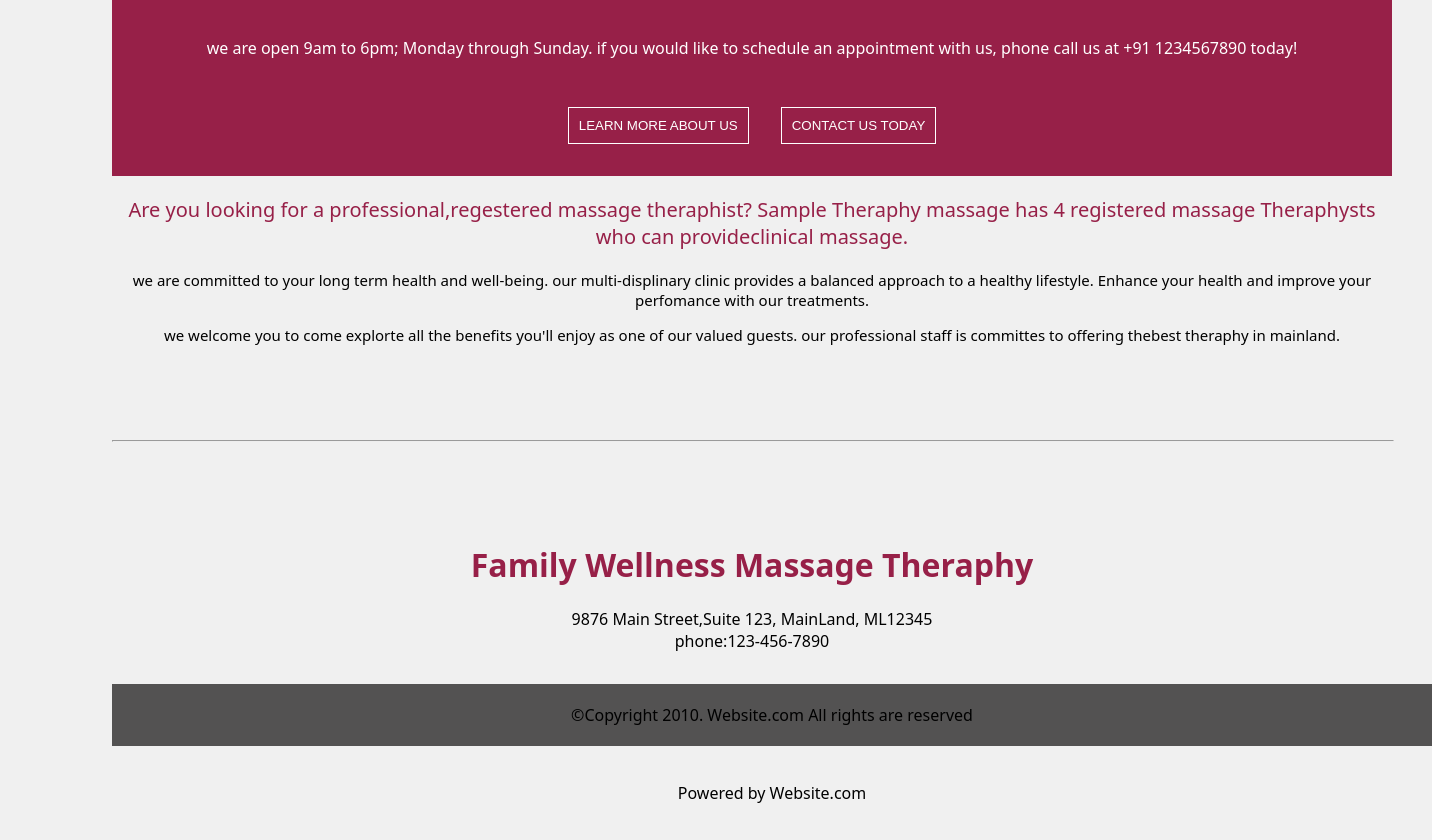
Repository: sriram1224/reactas1.github.io
Page: /
The author's editor kept a copy of each file at every save. The page is drawn from the files as they stood at one save, then again after the next save.
The browser window is 1280 px wide. The page is 1432 px wide, so the pictures cover 1432 px, including what lies to the right of the window. The pictures show the part of the page from y = 977 to 1817 px (the page is 1817 px tall).
Some web fonts or font styles are not loaded; a fallback is used. The project was rebuilt for these pictures with package versions that can differ from the ones it lists, and the page was loaded fresh each time.

Above is the page before, as saved 2024-03-05 21:28:34.

### public/index.html
<!DOCTYPE html>
<html lang="en">
  <head>
    <meta charset="utf-8" />

    <meta name="viewport" content="width=device-width, initial-scale=1" />
    <meta name="theme-color" content="#000000" />
    <meta
      name="description"
      content="Web site created using create-react-app"
    />
    <link rel="stylesheet" href="./style.css">

    <title>React App</title>
  </head>
  <body>

    <div id="root"></div>


  </body>
</html>

### src/App.js
import Header from './Components/Header.js'; // Importing the Header component
import './App.css'; // Importing the CSS file for styling
import Nav from './Components/Nav.js'; // Importing the Nav component
 // Importing the Body component
import Footer from './Components/Footer.js'; // Importing the Footer component
import Body from './Components/Body.js';

function App() {
  return (
    <div className="App"> {/* Wrapper div with class name 'App' */}
      <Header /> {/* Rendering the Header component */}
      <Nav /> {/* Rendering the Nav component */}
      <Body /> {/* Rendering the Body component */}
      <Footer /> {/* Rendering the Footer component */}
    </div>
  );
}

export default App; // Exporting the App component

### src/Components/Header.js

import "./Header.css";

function Header() {
  return (
    <header className="header">
      <h1>Family Wellness</h1>
      <p>MASSAGE THERAPY</p>

    </header>

  );
}
export default Header;

### src/App.css
body{
  max-width: 100vW;
  margin: 0%;
  box-sizing: border-box;
  overflow-x: hidden;
}

### src/Components/Nav.js

import Navc from './Nav.css';
function Nav(){
    return (
        <nav className='Nav'>
            <ul>
                <li id='first'>HOME</li>
                <li>ABOUT</li>
                <li>SERVICES</li>
                <li>FAQ</li>
                <li>CONTACT</li>
            </ul>
        </nav>
    )
}
export default Nav;

### src/Components/Footer.js
import footercss from './Footer.css'
function Footer(){
    return(

        <footer>
        <p className="footer-element1">©Copyright 2010. Website.com All rights are reserved</p>
        <p className="footer-element2">Powered by Website.com</p>
        </footer>
    )

}
export default Footer;

### src/Components/Body.js

import bodycss from './body.css'
import Carousel from './courosel';

function Card(){
    return(
        <div className="main">
        <div className='card'>
        <h1>Think Health. Think Massage</h1>

        <p>we are  open 9am to 6pm; Monday through Sunday. if you would like to schedule an appointment with us, phone call us at +91 1234567890 today!</p>
        <div className='button-container'>
        <button>LEARN MORE ABOUT US</button>
        <button>CONTACT US TODAY</button></div>

        </div>
        <div className='para'>
        <p className="p1">
        Are you looking for a professional,regestered massage theraphist? Sample Theraphy massage has 4 registered massage Theraphysts who can provideclinical massage.
        </p>
        <p>
        we are committed to your long term health and well-being. our multi-displinary clinic provides a balanced approach to a healthy lifestyle. Enhance your health and improve your perfomance with our treatments.
        </p>
        <p>
        we welcome you to come explorte all the benefits you'll enjoy as one of our valued guests. our professional staff is committes to offering thebest theraphy in mainland.
        </p>
        </div>
        <hr className="hline">
        </hr>
        <div className="main3">
        <h1 className="headings">
        Family Wellness Massage Theraphy
        </h1>
        <p>
        9876 Main Street,Suite 123, MainLand, ML12345<br></br>
        phone:123-456-7890
        </p>
        </div>
        </div>
    );
}


function ControlledCarousel() {
  return (
    <div className='main'>
    <div className='carousel'>
    <Carousel />
    </div>
    <Card />

    </div>
  );
}

export default ControlledCarousel;

### src/Components/Header.css
.header{
    margin-left: 7rem;

}

### src/Components/Nav.css

@import url('https://fonts.googleapis.com/css2?family=Noto+Sans:ital,wght@0,100..900;1,100..900&family=Protest+Revolution&display=swap');
body{
    font-family: "Noto Sans", sans-serif;
    margin: 0%;
    padding: 0%;
}
.Nav{
    display: flex;
    justify-content: space-between;
    align-items: center;
    color: white;
    width: 80rem;
    margin-left: 7rem;
}
.Nav ul{
    display: flex;

    align-items: center;
    list-style: none;

    width:80rem;
   padding: 10px;
}
.Nav ul li{
    padding: 20px 6rem;

    background-color: rgb(165,161,158);
    text-align: center;
}
#first{
    color: white;
    background-color: rgb(151,32,72);
}
.Nav ul li:hover{
    background-color: rgb(151,32,72);
    color: white;
}

### src/Components/Footer.css
.footer-element1{

    background-color: #535252;
    color: black;
    width:80rem;
    margin-left: 7rem;
    padding: 20px;
    text-align: center;
}
.footer-element2{
    color: black;
    width:80rem;
    margin-left: 7rem;
    padding: 20px;
    text-align: center;
}

### src/Components/body.css

.button-container{
    display: flex;
    justify-content: center;
    align-items:center;
    padding: 2rem;
    gap: 2rem;

}
.button-container button{
    padding: 10px;
    background-color: Transparent;
    background-repeat:no-repeat;
    border: none;
    cursor:pointer;
    overflow: hidden;
    border:1px solid white;
    color:white;
}
.button-container button:hover{
    background-color: white;
    color:rgb(151,32,72);

}
.card{
    display: flex;

    flex-direction: column;
    color:white;
   height: 35rem;
   width: 80rem;
   height: 200px;
   padding:20px 0;
   margin-left: 7rem;
   margin-top:30px;
   text-align: center;
    justify-content: center;
    background-color: rgb(151,32,72);


}
.para{
    text-align:center;
    width: 80rem;
    font-size: 15px;
   margin-left: 7rem;

}
.para .p1{
    color:rgb(151,32,72);
    font-size: 20px;

}
.hline{
    width:80rem;
    margin-left:  7rem;
    margin:  5rem 7rem;

}
.main3{
    width:80rem;
    margin-left: 7rem;
    text-align: center;

}
.headings{
    color:rgb(151,32,72)
}
.carousel{
    width:80rem;

    margin-left: 7rem;


}
.main{
    display:flex;
    flex-direction:column;

}

### src/Components/courosel.js
import React from 'react';
import Slider from 'react-slick';
import 'slick-carousel/slick/slick.css';
import 'slick-carousel/slick/slick-theme.css';


const images = [
  'https://i.stack.imgur.com/CJT47.jpg',
  'https://i.stack.imgur.com/capu1.jpg',
  'https://i.stack.imgur.com/zMoo4.jpg',
  'https://i.stack.imgur.com/hOIuY.jpg',
];

const Carousel = () => {
  const settings = {
    dots: true,
    infinite: true,
    speed: 500,
    slidesToShow: 1,
    slidesToScroll: 1,
    autoplay: true,
    autoplaySpeed: 2000,
  };

  return (
    <div>

      <Slider {...settings}>
        {images.map((image, index) => (
          <div key={index}>
            <img src={image} alt={`Slide ${index}`} style={{ height: '40rem',width:'80rem' }} />
          </div>
        ))}
      </Slider>
    </div>
  );
};

export default Carousel;

### public/style.css

@import url('https://fonts.googleapis.com/css2?family=Noto+Sans:ital,wght@0,100..900;1,100..900&family=Protest+Revolution&display=swap');

body{
    background-color: #f0f0f0;
    font-family: "Protest Revolution", sans-serif;
    margin: 0;
    padding: 0;
}

Loaded but not shown: src/index.js (common file); src/index.css (common file); src/reportWebVitals.js (common file)

After the next save:
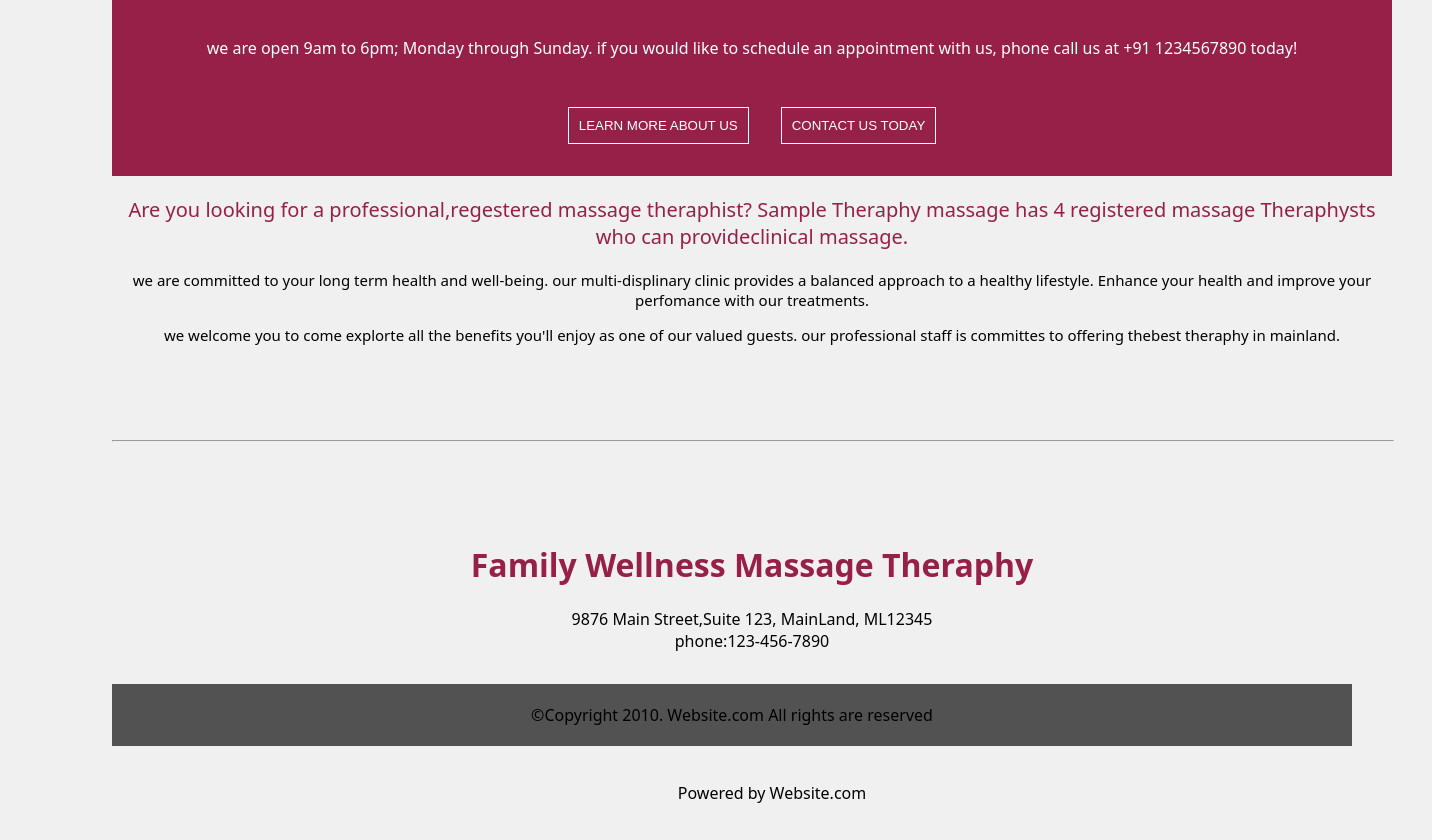
Saved 2 min 6 s later.
--- a/src/Components/Footer.css
+++ b/src/Components/Footer.css
@@ -2,7 +2,7 @@
 
     background-color: #535252;
     color: black;
-    width:80rem;
+    width:75rem;
     margin-left: 7rem;
     padding: 20px;
     text-align: center;
